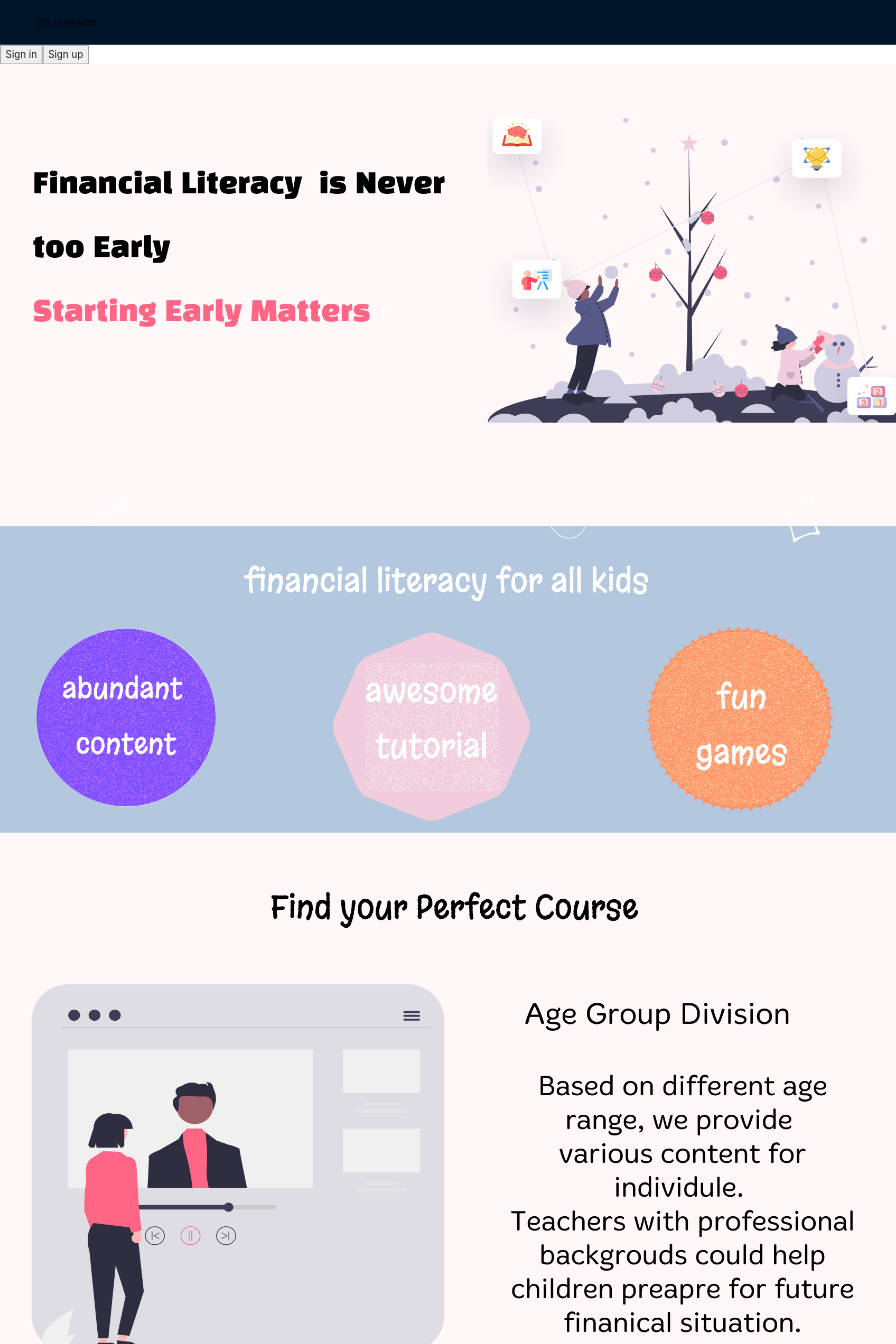
Repository: Zoe-XJ-Zhang/Goldilocks
Page: /
The author's editor kept a copy of each file at every save. The page is drawn from the files as they stood at one save, then again after the next save.
The browser window is 1280 px wide. The pictures show the part of the page from y = 0 to 1920 px (the page is 2803 px tall before and 2903 px after), at 70% of full size.
The project was rebuilt for these pictures with package versions that can differ from the ones it lists, and the page was loaded fresh each time. Also part of the build but not shown: src/page/roadmapPage/roadmapPage.js, src/page/aboutPage/aboutPage.js.

Above is the page before, as saved 2022-08-31 15:01:16.

### public/index.html
<!DOCTYPE html>
<html lang="en">
  <head>
    <meta charset="utf-8" />
    <link rel="icon" href="./logo.jpg" />
    <meta name="viewport" content="width=device-width, initial-scale=1" />
    <meta name="theme-color" content="#000000" />
    <meta
      name="description"
      content="Web site created using create-react-app"
    />
    <title>Goldilocks</title>
  </head>
  <body>
    <noscript>You need to enable JavaScript to run this app.</noscript>
    <div id="root"></div>
  </body>
</html>

### src/App.js
import "./App.css";
import { Layout } from "antd";
import { Route, Routes } from "react-router-dom";
import HomePage from "./page/homePage/homePage";
import RoadmapPage from "./page/roadmapPage/roadmapPage";
import AboutPage from "./page/aboutPage/aboutPage";

const { Header, Footer, Content } = Layout;

function App() {
  return (
    <div className="App">
      <Header>this is header</Header>
      <Content>
        <Routes>
          <Route path="/*" element={<HomePage />}></Route>
          <Route path="/home" element={<HomePage />}></Route>
          <Route path="/roadmap" element={<RoadmapPage />}></Route>
          <Route path="/aboutus" element={<AboutPage />}></Route>
        </Routes>
      </Content>
      <Footer style={{
            textAlign: 'center',
            fontSize:'20px',
          }}>HSBC @2022 Godilocks</Footer>
    </div>
  );
}

export default App;

### src/page/homePage/homePage.js
import React from 'react';
import './homePage.css';

import homepage from '../../images/home_page.png'
const HomePage = () => {
    return (<div className='homepage'>
        <button className='signin'>Sign in</button><button className='signout'>Sign up</button>
        {/* <Image src={homepage}  alt="asd" title="QW"></Image> */}
        <img src={homepage} alt="" />
    </div>);

};

export default HomePage;

### src/page/homePage/homePage.css
img{
    width: 100%;
    height: 100%;
    object-fit: contain;
}
.signin{
    marg
}

Loaded but not shown: src/index.js (common file); src/index.css (common file); src/reportWebVitals.js (common file); src/App.css (common file)

After the next save:
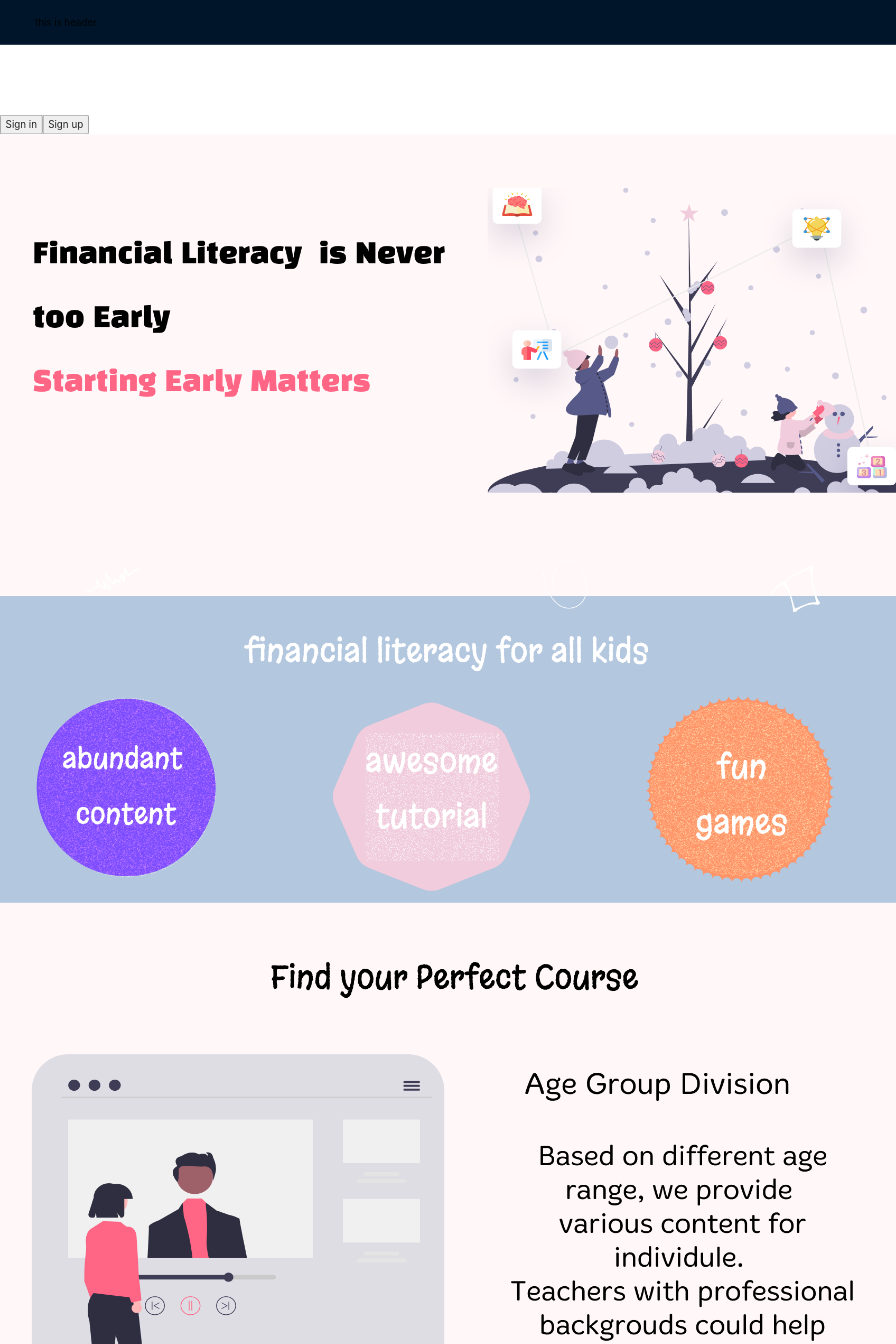
Saved 4 s later.
--- a/src/page/homePage/homePage.css
+++ b/src/page/homePage/homePage.css
@@ -4,5 +4,5 @@
     object-fit: contain;
 }
 .signin{
-    marg
+    margin-top: 100px;
 }

After the save that followed:
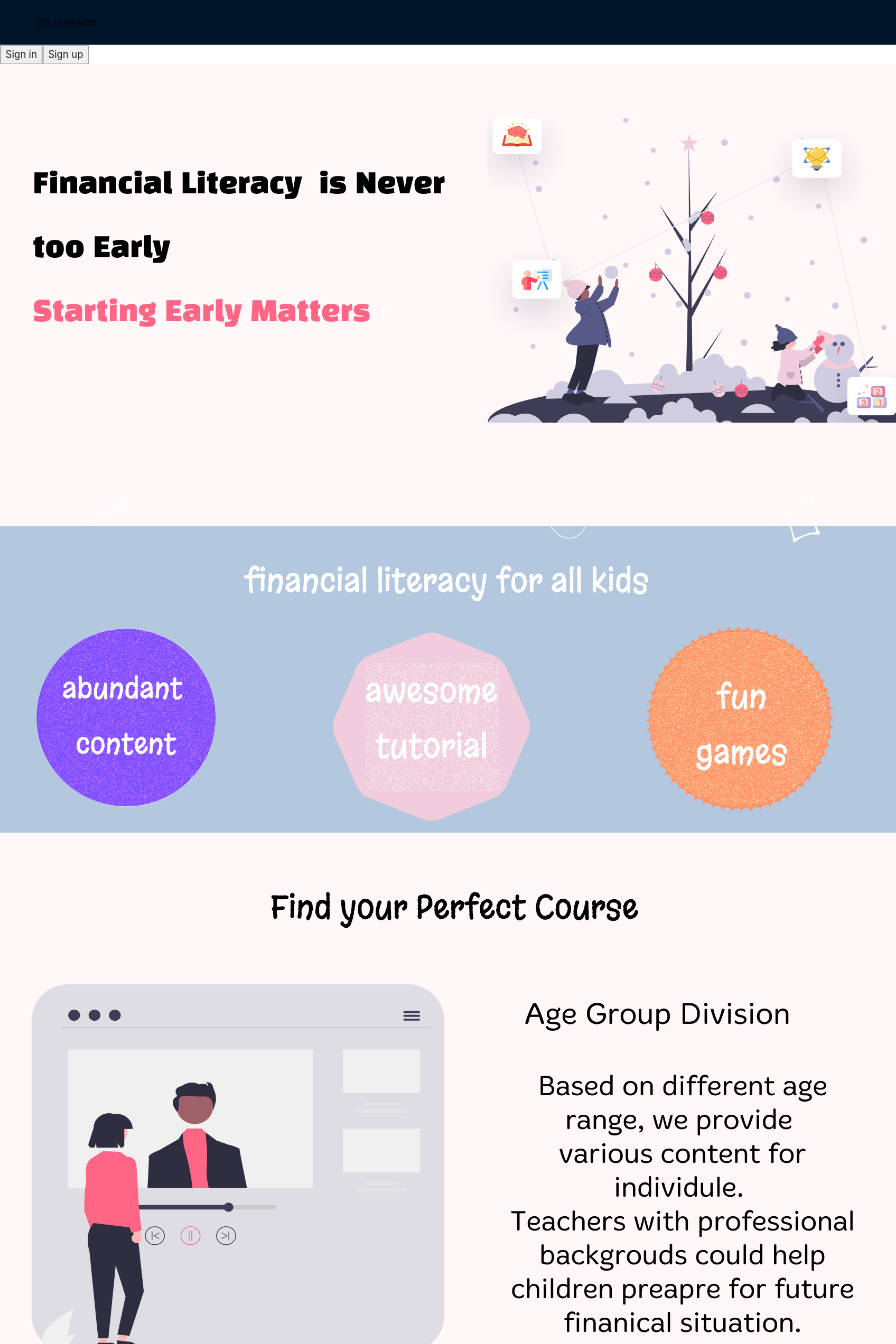
Saved 21 s later.
--- a/src/page/homePage/homePage.css
+++ b/src/page/homePage/homePage.css
@@ -3,6 +3,3 @@
     height: 100%;
     object-fit: contain;
 }
-.signin{
-    margin-top: 100px;
-}
